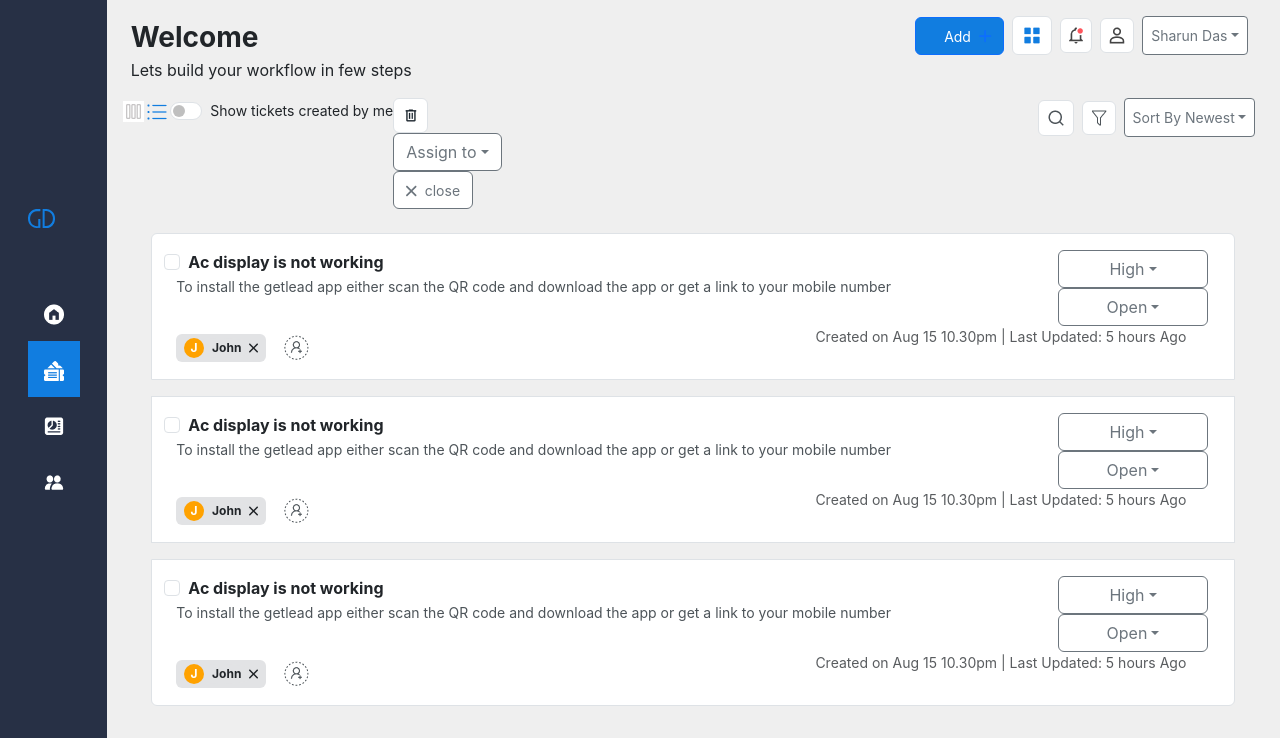
Repository: rishikarajeev/GL_HelpDesk
Page: /
An editor plug-in stored every save of this project. The page is shown before and after a run of saves, followed by the edit.
The browser window is 1280 px wide. The pictures show the whole page.
The project was rebuilt for these pictures with package versions that can differ from the ones it lists, and the page was loaded fresh each time. Also part of the build but not shown: src/App.css, src/Pages/HomePage.jsx.

Above is the page before, as saved 2024-01-11 15:38:50.

After the next 2 saves:
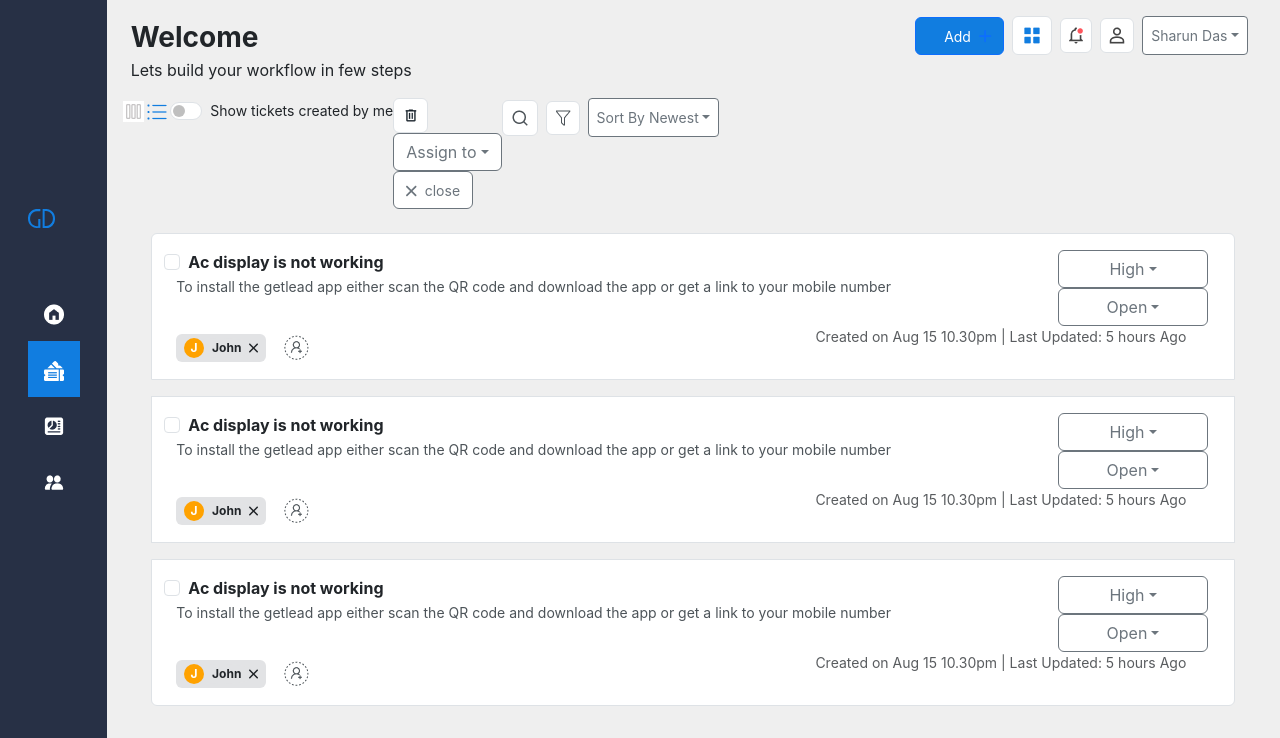
The 2 saves are shown as one change because they came seconds apart.
The last was saved 7 s later.
--- a/src/Pages/ViewTickets.jsx
+++ b/src/Pages/ViewTickets.jsx
@@ -64,7 +64,7 @@
       <span className="small ms-2">close</span>
     </Button>
   </Col>
-  <Col className="text-end d-none d-lg-block p-0">
+  <Col className="col-auto text-end d-none d-lg-block p-0">
     <img
       src={search_icon}
       alt="Local Icon"

After the save that followed:
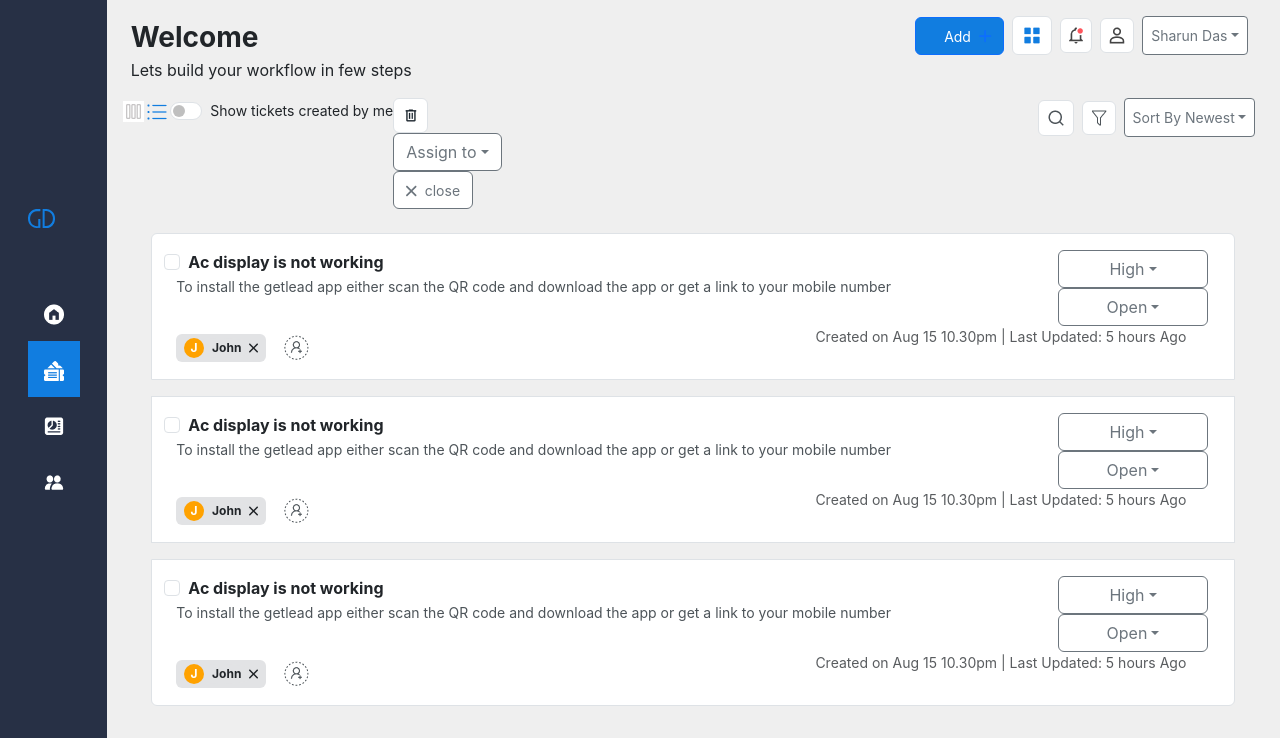
Saved 32 s later.
--- a/src/Pages/ViewTickets.jsx
+++ b/src/Pages/ViewTickets.jsx
@@ -64,7 +64,7 @@
       <span className="small ms-2">close</span>
     </Button>
   </Col>
-  <Col className="col-auto text-end d-none d-lg-block p-0">
+  <Col className=" text-end d-none d-lg-block p-0">
     <img
       src={search_icon}
       alt="Local Icon"
